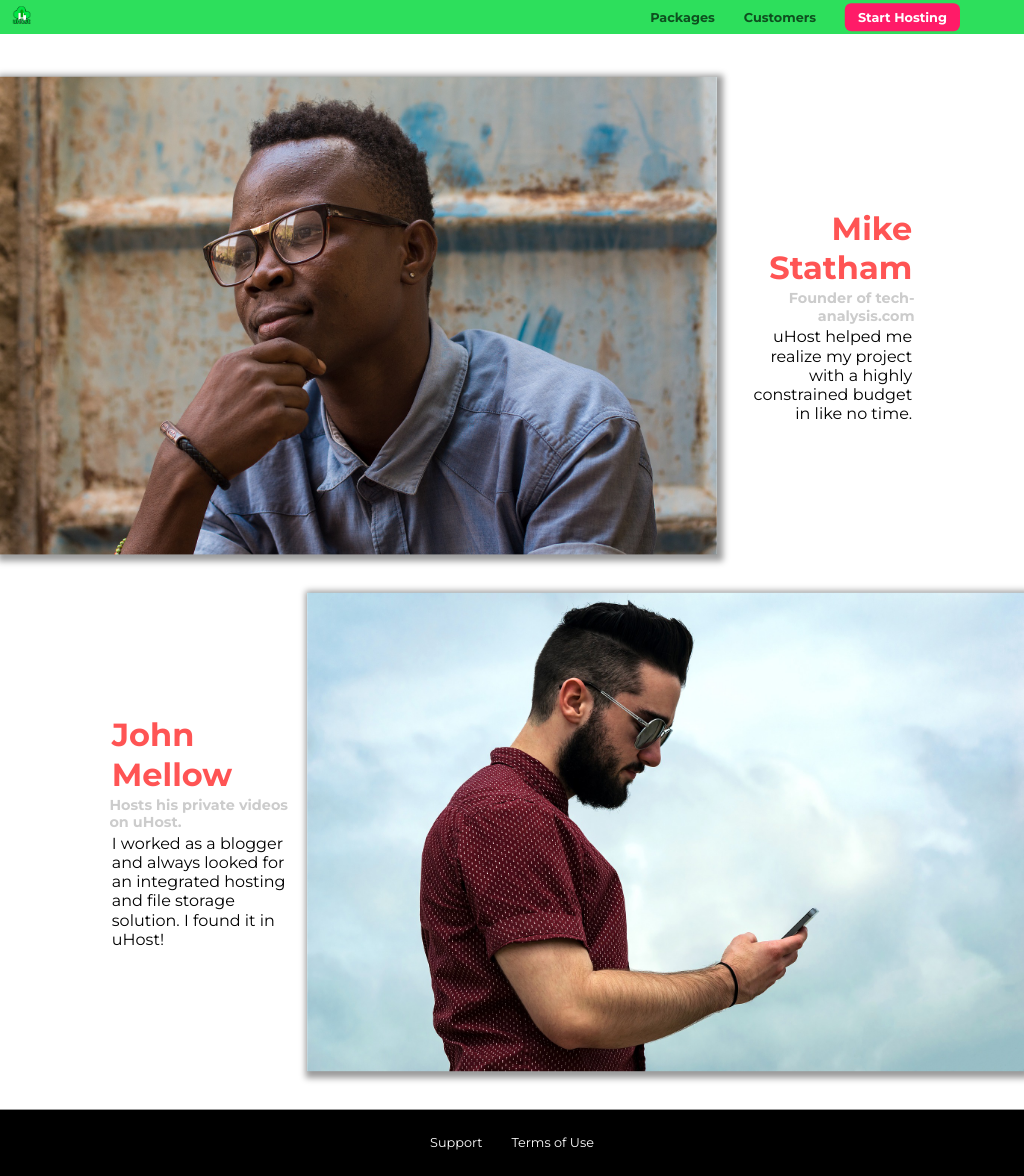
Repository: Nowacki97PL/UdemyCSS
Page: customers/index.html
These files come from the project's save history. The page is drawn as it stood at one moment and after a run of saves; the edit follows.
The browser window is 1280 px wide. The pictures show the whole page, at 80% of full size.

Above is the page before, as saved 2023-11-12 13:37:09.

After the next 3 saves:
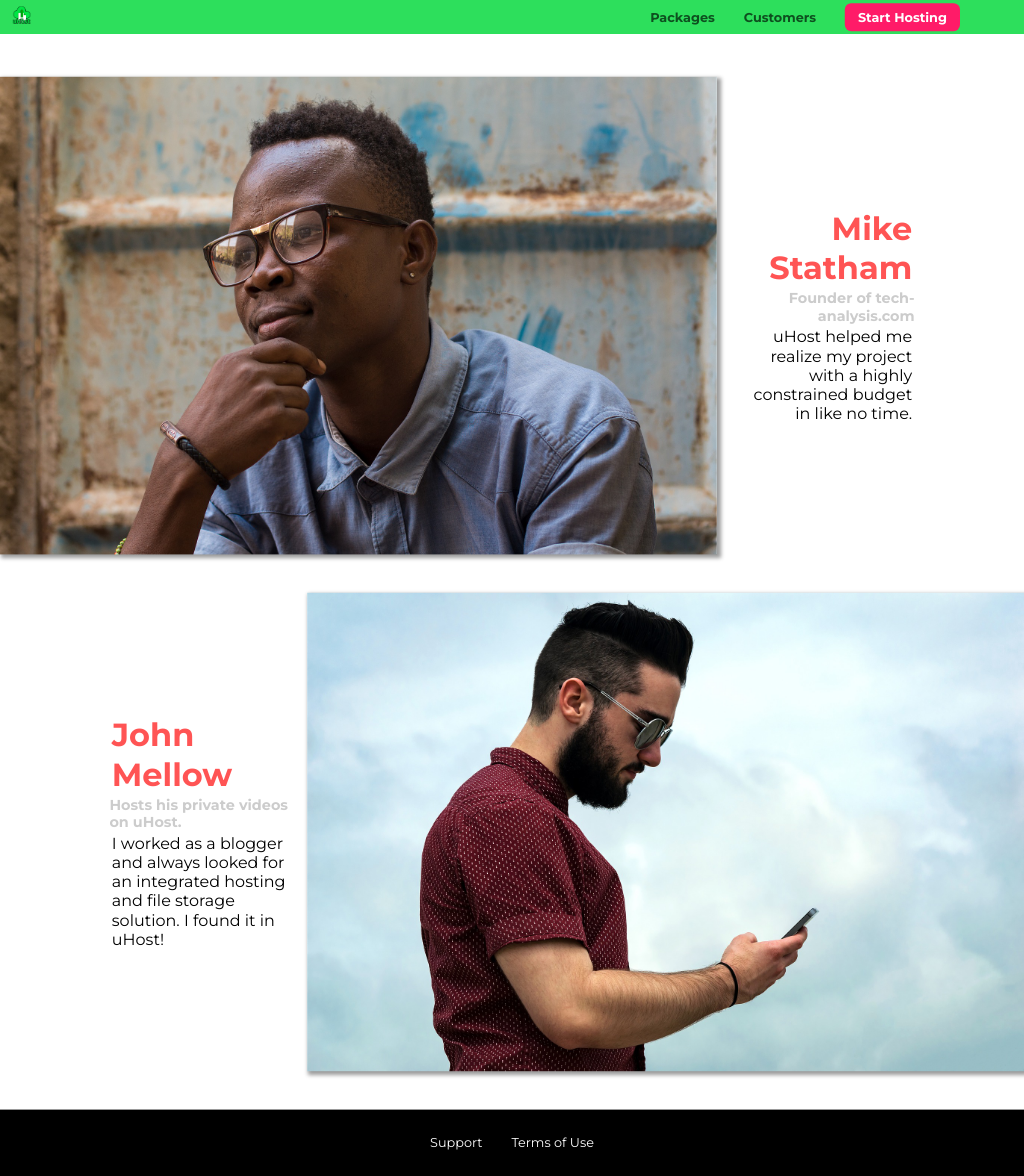
The 3 saves are shown as one change because they came seconds apart.
The last was saved 23 s later.
--- a/customers/customers.css
+++ b/customers/customers.css
@@ -16,7 +16,7 @@
     width: 70%;
     display: inline-block;
     vertical-align: middle;
-    box-shadow: 3px 3px 8px 5px rgba(0, 0,  0, 0.4);
+    box-shadow: 3px 3px 5px 2px rgba(0, 0,  0, 0.4);
   }
 
   .testimonial__image {
